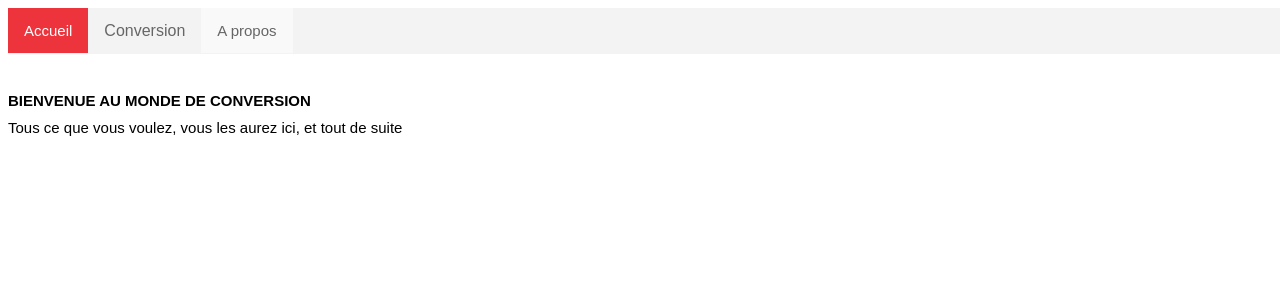
Repository: Santatrasoa/six
Page: Conversion/Conversion/src/main/webapp/index.html
The author's editor kept a copy of each file at every save. The page is drawn from the files as they stood at one save, then again after the next save.
The browser window is 1280 px wide. The pictures show the whole page.

Above is the page before, as saved 2024-04-10 10:05:28.

### Conversion/Conversion/src/main/webapp/index.html
<!DOCTYPE html>
<html lang="en">

<head>
	<meta charset="UTF-8">
	<meta http-equiv="X-UA-Compatible" content="IE=edge">
	<meta name="viewport" content="width=device-width, initial-scale=1.0">
	<title>Acceuil</title>
	<link rel="stylesheet" href="style.css" type="text/css">
</head>

<body>
	<ul>
		<li><a class="active" href="index.html">Accueil</a></li>
		<li class="notHidden">
			<div class="dropdown">
				<button class="dropbtn">Conversion</button>
				<div class="dropdown-content">
					<a style="text-align: left;" href="temperature.jsp">temperature</a>
					<a style="text-align: left;" href="poid.jsp">Poid</a>
					<a style="text-align: left;" href="longueur.jsp">longueur</a>
				</div>
			</div>
		</li>
		<li><a href="detail.html">A propos</a></li>
	</ul>

	<br><br>

	<div style="margin-top: 50px" class="acceuil">
		<h1 >
			BIENVENUE AU MONDE DE CONVERSION
		</h1>
		<span> Tous ce que vous voulez, vous les aurez ici, et tout de suite </span>
	</div>
</body>

</html>

### Conversion/Conversion/src/main/webapp/style.css
* {
  padding: 0px;
  font-family: Arial, Helvetica, sans-serif;
  font-size: 15px;
}

body{
	flex-direction: column;
}

ul {
  margin: 50px;
  list-style-type: none;
  margin: 0px;
  padding: 0px;
  /* border: 1px solid #f3f3f3; */
  background-color: #f3f3f3;
  position: fixed;
  width: 100%;
}

li {
  float: left;
}

li a {
  display: block;
  color: #666;
  background-color: #f9f9f9;
  text-align: center;
  padding: 14px 16px;
  text-decoration: none;
}

li a:hover:not(.active) {
  background-color: #ddd;
}

li a.active {
  color: white;
  background-color: rgb(237, 51, 59);
}

.dropbtn {
  background-color: transparent;
  padding: 14px 16px;
  color: #666;
  font-size: 16px;
  border: none;
  cursor: pointer;
}

.dropdown {
  position: relative;
  display: inline-block;
}

.dropdown-content {
  display: none;
  position: absolute;
  background-color: #f9f9f9;
  min-width: 160px;
  box-shadow: 0px 8px 16px 0px rgba(0, 0, 0, 0.2);
  z-index: 1;
}

.dropdown-content a {
  color: black;
  padding: 12px 16px;
  text-decoration: none;
  display: block;
}


.dropdown-content a:hover {
  background-color: #f1f1f1
}

.dropdown:hover .dropdown-content {
  display: block;
}

.dropdown:hover .dropbtn {
  background-color: #ddd;
}

input[type=number] {
  width: 30%;
  padding: 12px 20px;
  margin: 8px 0;
  box-sizing: border-box;
  border: 3px solid #ccc;
  -webkit-transition: 0.5s;
  transition: 0.5s;
  outline: none;
}

input[type=submit]{
	float: left;
	width: 10%;
  	padding: 12px 20px;
 	margin: 8px 0;
  	box-sizing: border-box;
  	outline: none;
}

select {
  width: 30%;
  padding: 16px 20px;
  border: none;
  border-radius: 4px;
  background-color: #f1f1f1;
}

.acceuil {
	width:100vh;
	height: 100%;
	display: block;
	align-items: center;
	justify-content: center;
}

After the next save:
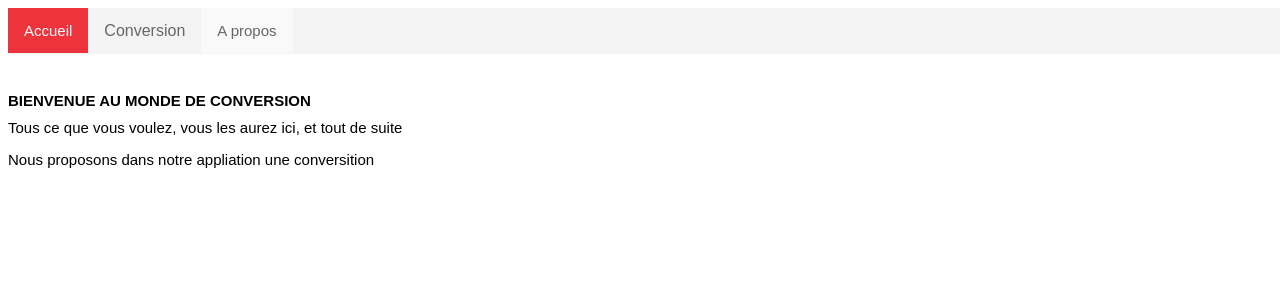
Saved 5 min 58 s later.
--- a/Conversion/Conversion/src/main/webapp/index.html
+++ b/Conversion/Conversion/src/main/webapp/index.html
@@ -32,6 +32,9 @@
 			BIENVENUE AU MONDE DE CONVERSION
 		</h1>
 		<span> Tous ce que vous voulez, vous les aurez ici, et tout de suite </span>
+		<p>
+			Nous proposons dans notre appliation une conversition
+		</p>
 	</div>
 </body>
 
